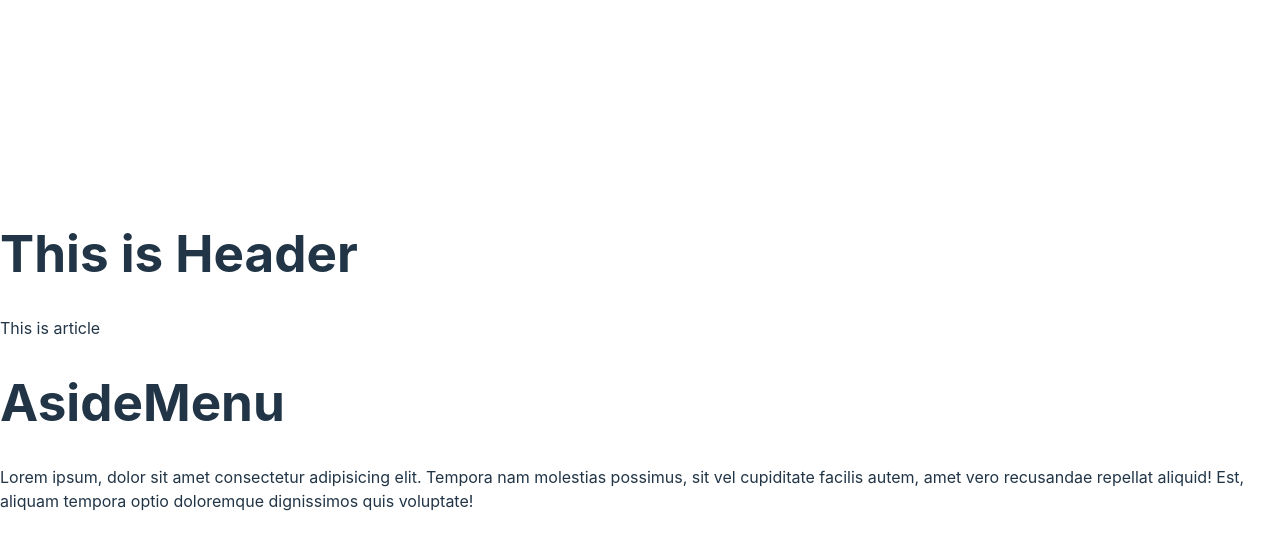
Repository: chanwarichawki/React-BC
Page: /
The author's editor kept a copy of each file at every save. The page is drawn from the files as they stood at one save, then again after a run of saves.
The browser window is 1280 px wide. The pictures show the whole page.
The project was rebuilt for these pictures with package versions that can differ from the ones it lists, and the page was loaded fresh each time. Also part of the build but not shown: vite.config.js.

Above is the page before, as saved 2024-01-14 19:37:19.

After the next 2 saves:
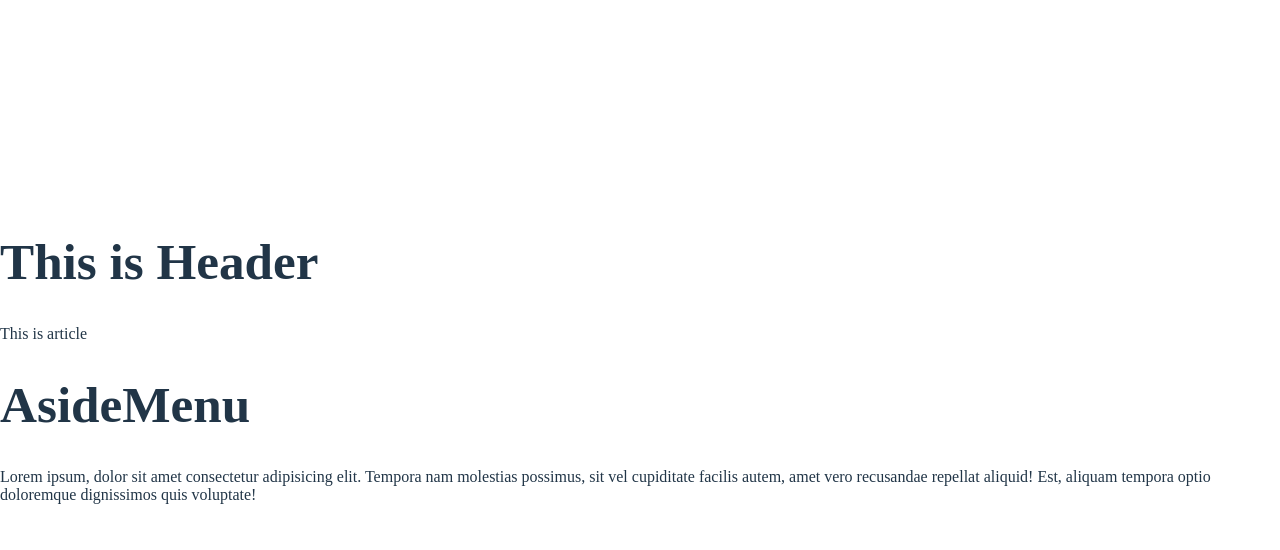
The 2 saves are shown as one change because they came seconds apart.
The last was saved 25 s later.
--- a/src/index.css
+++ b/src/index.css
@@ -1,3 +1,6 @@
+@import "/node_modules/bootswatch/d"
+
+
 :root {
   font-family: Inter, system-ui, Avenir, Helvetica, Arial, sans-serif;
   line-height: 1.5;
